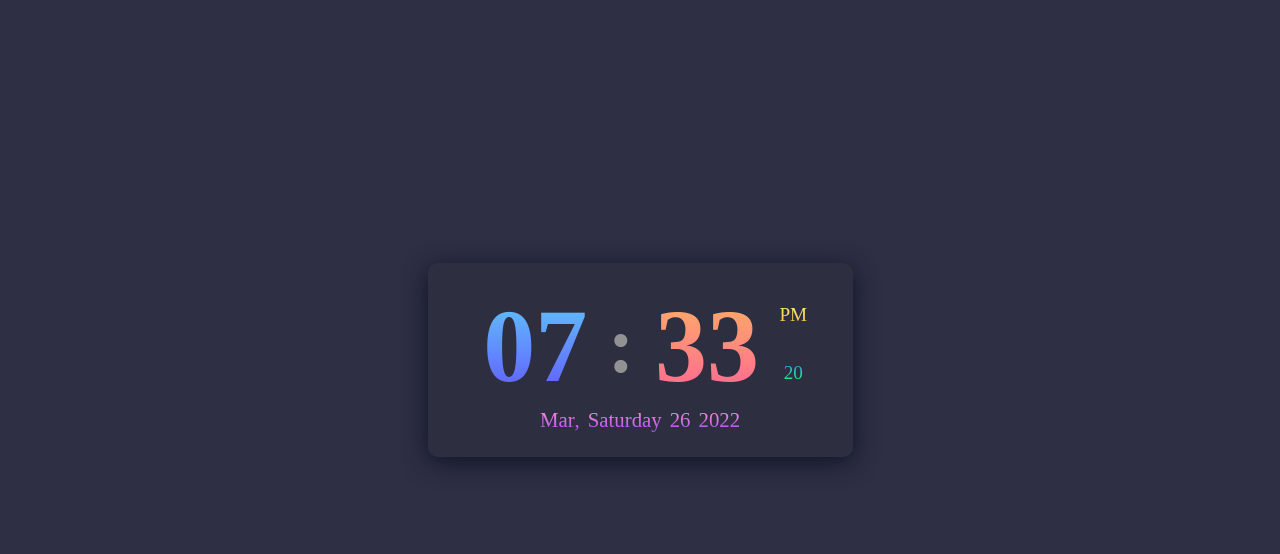
Repository: QUANGTHAI2003/digital-clock
Page: index.html
An editor plug-in stored every save of this project. The page is shown before and after the next save, followed by the edit.
The browser window is 1280 px wide. The pictures show the whole page.
Some icons come from a web library that is not loaded, so they are not drawn.

Above is the page before, as saved 2022-03-27 08:56:21.

### index.html
<!DOCTYPE html>
<html lang="en">
    <head>
        <meta charset="UTF-8" />
        <meta http-equiv="X-UA-Compatible" content="IE=edge" />
        <meta name="viewport" content="width=device-width, initial-scale=1.0" />
        <title>Digital-Clock</title>
        <link rel="stylesheet" href="style.css" />
        <link rel="stylesheet" href="https://unicons.iconscout.com/release/v4.0.0/css/line.css" />
    </head>
    <body>
        <div class="digital-clock">
            <i class="uil uil-ellipsis-v dot-menu-btn" id="active-menu"></i>
            <ul class="dot-menu" id="active-menu">
                <li class="menu-item" id="active-menu">
                    <span class="clock-format-text" id="active-menu">24-hour format</span>
                    <div class="format-switch-btn" id="active-menu" data-format="12"></div>
                </li>
            </ul>
            <div class="time">
                <span class="hours">00</span>
                <span class="dots">:</span>
                <span class="minutes">00</span>
                <div class="right-side">
                    <span class="period">AN/PM</span>
                    <span class="seconds">00</span>
                </div>
            </div>
            <div class="calendar">
                <span class="month-name">Mar</span>,
                <span class="day-name">Sunday</span>
                <span class="day-number">6</span>
                <span class="year">2022</span>
            </div>
        </div>
        <script src="./app.js"></script>
    </body>
</html>

### style.css
@import url('https://fonts.googleapis.com/css2?family=Poppins:ital,wght@0,100;0,200;0,300;0,400;0,500;0,600;0,700;0,800;0,900;1,100;1,200;1,300;1,400;1,500;1,600;1,700;1,800;1,900&display=swap');

* {
    margin: 0;
    padding: 0;
    box-sizing: border-box;
    font-family: 'Poppins'sans-serif;
}

body {
    min-height: 100vh;
    display: flex;
    justify-content: center;
    align-items: center;
    background: #2e2e44;
}

.digital-clock {
    position: relative;
    color: #fff;
    background: #2d2f41;
    width: 425px;
    padding: 20px 45px;
    box-shadow: 0 5px 25px rgba(14, 21, 37, 08);
    border-radius: 10px;
    display: flex;
    justify-content: center;
    align-items: center;
    flex-direction: column;
}

.time {
    position: relative;
    display: flex;
    justify-content: center;
    align-items: center;
}

.hours,
.dots,
.minutes {
    display: flex;
    justify-content: center;
    align-items: center;
    font-weight: 600;
    padding: 0 10px;
    line-height: 125px;
}

.hours,
.minutes {
    font-size: 6.5em;
    width: 125px;
}

.dots {
    font-size: 5em;
    color: #929292;
}

.hours {
    background: -webkit-linear-gradient(90deg, #634dff, #5fd4ff);
    -webkit-text-fill-color: transparent;
    -webkit-background-clip: text;
}

.minutes {
    background: -webkit-linear-gradient(90deg, #ff5e9a, #ffb960);
    -webkit-text-fill-color: transparent;
    -webkit-background-clip: text;
}

.right-side {
    position: relative;
    display: flex;
    justify-content: center;
    align-items: center;
    flex-direction: column;
    margin-left: 10px;
}

.period,
.seconds {
    font-size: 1.2em;
    font-weight: 500;
}

.period {
    transform: translateY(-20px);
    background: -webkit-linear-gradient(90deg, #f7b63f, #faf879);
    -webkit-text-fill-color: transparent;
    -webkit-background-clip: text;
}

.seconds {
    transform: translateY(16px);
    background: -webkit-linear-gradient(90deg, #24ff6d, #2f93f1);
    -webkit-text-fill-color: transparent;
    -webkit-background-clip: text;
}

.calendar {
    display: flex;
    justify-content: center;
    align-items: center;
    font-size: 1.3em;
    font-weight: 500;
    margin-bottom: 5px;
    background: -webkit-linear-gradient(90deg, #ae4af6, #ff98d1);
    -webkit-text-fill-color: transparent;
    -webkit-background-clip: text;
}

.day-name,
.day-number,
.year {
    margin-left: 8px;
}

.dot-menu-btn {
    position: absolute;
    top: 0;
    right: 0;
    margin: 10px;
    color: #efefef;
    font-size: 1.5em;
    cursor: pointer;
}

.dot-menu {
    z-index: 999999;
    position: absolute;
    top: 7px;
    right: 5px;
    list-style: none;
    background: #353e54;
    padding: 10px 20px;
    border-radius: 5px;
    box-shadow: 0 5px 25px rgba(0, 0, 0, 0.5);
    visibility: hidden;
    opacity: 0;
    transition: 0.3s ease;
}

.dot-menu.active {
    visibility: visible;
    opacity: 1;
}

.menu-item {
    display: flex;
    justify-content: center;
    align-items: center;
}

.clock-format-text {
    color: #efefef;
    font-size: 0.9em;
    margin-right: 20px;
}

.format-switch-btn {
    width: 35px;
    height: 15px;
    background: #485470;
    border-radius: 75px;
    box-shadow: inset 2px 2px 4px rgba(255, 255, 255, 0.1),
        inset -2px 2px -4px rgba(0, 0, 0, 0.2);
    cursor: pointer;
    display: flex;
    justify-content: center;
    align-items: center;
}

.format-switch-btn::before {
    content: "";
    position: absolute;
    width: 14px;
    height: 14px;
    background: #ff5e9a;
    border-radius: 50%;
    box-shadow: 0 5px 25px #ff5e9a;
    transform: translateX(-10px);
    transition: 0.3s ease;
    transition: background, transform;

}

.format-switch-btn.active::before {
    background: #0bff8d;
    box-shadow: 0 5px 25px #0bff8d;
    transform: translateX(10px);
}

### app.js
const formatSwitchBtn = document.querySelector(".format-switch-btn");

formatSwitchBtn.addEventListener("click", () => {
    formatSwitchBtn.classList.toggle("active");

    var formatValue = formatSwitchBtn.getAttribute("data-format");

    if (formatValue == "12") {
        formatSwitchBtn.setAttribute("data-format", "24");
    } else {
        formatSwitchBtn.setAttribute("data-format", "12");
    }
});

function clock() {
    var today = new Date();
    var hours = today.getHours();
    var minutes = today.getMinutes();
    var seconds = today.getSeconds();
    var period = "AM"

    // Set the time period(AM or PM)
    if (hours >= 12) {
        period = "PM";
    }
    // Set the 12-hour clock format
    var formatValue = formatSwitchBtn.getAttribute("data-format");

    if (formatValue == "12") {
        hours = hours > 12 ? hours % 12 : hours
    }

    // Add the 0 for the values of lower than 10
    if (hours < 10) {
        hours = "0" + hours;
    }
    if (minutes < 10) {
        minutes = "0" + minutes;
    }
    if (seconds < 10) {
        seconds = "0" + seconds;
    }

    document.querySelector(".hours").innerHTML = hours;
    document.querySelector(".minutes").innerHTML = minutes;
    document.querySelector(".seconds").innerHTML = seconds;
    document.querySelector(".period").innerHTML = period;
}

var updateClock = setInterval(clock, 1000);

// Get the date in javascript
var today = new Date();
const dayNumber = today.getDate();
const year = today.getFullYear();
const dayName = today.toLocaleString('default', { weekday: 'long' });
const monthName = today.toLocaleString('default', { month: 'short' });

document.querySelector(".month-name").innerHTML = monthName;
document.querySelector(".day-name").innerHTML = dayName;
document.querySelector(".day-number").innerHTML = dayNumber;
document.querySelector(".year").innerHTML = year;

//javascript for dot menu toggle
const dotmenuBtn = document.querySelector(".dot-menu-btn");
const dotMenu = document.querySelector(".dot-menu");

dotmenuBtn.addEventListener("click", () => {
    dotMenu.classList.toggle("active");
})

document.addEventListener("click", (e) => {
    if (e.target.id !== "active-menu") {
        dotMenu.classList.remove("active");
    }
})

After the next save:
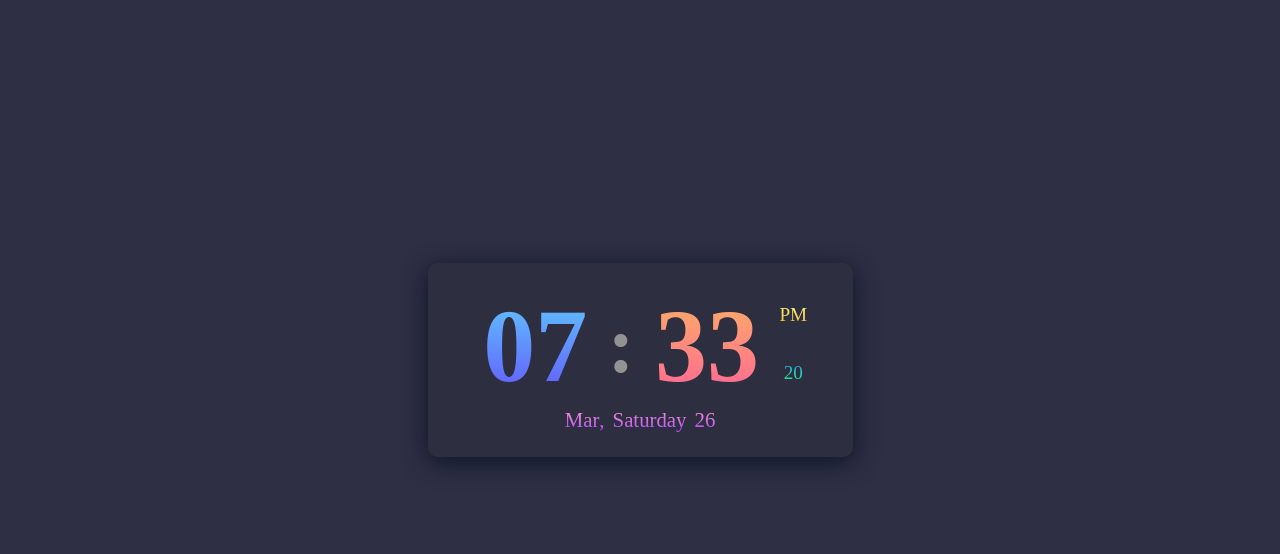
Console error: TypeError: Cannot set properties of null (setting 'innerHTML')
Saved 118 s later.
--- a/index.html
+++ b/index.html
@@ -30,7 +30,7 @@
                 <span class="month-name">Mar</span>,
                 <span class="day-name">Sunday</span>
                 <span class="day-number">6</span>
-                <span class="year">2022</span>
+                <!-- <span class="year">2022</span> -->
             </div>
         </div>
         <script src="./app.js"></script>

After the 2 saves that followed:
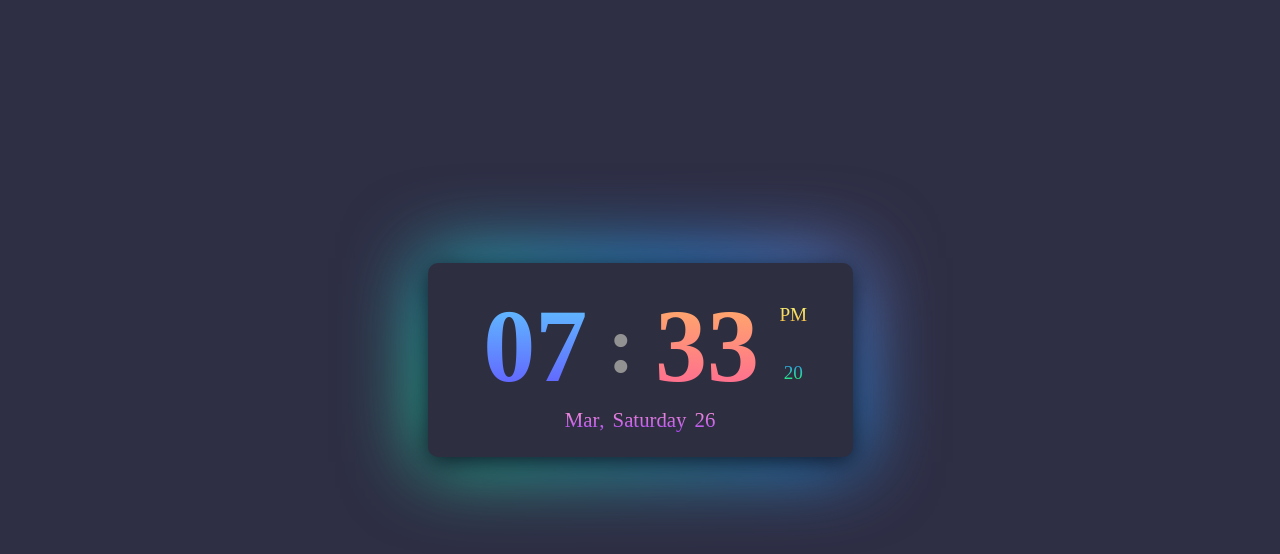
The error is gone.
The 2 saves are shown as one change because 1 left the picture as it was.
The last was saved 4 min 4 s later.
--- a/style.css
+++ b/style.css
@@ -27,6 +27,16 @@ body {
     justify-content: center;
     align-items: center;
     flex-direction: column;
+}
+
+.digital-clock::before {
+    content: '';
+    position: absolute;
+    background: linear-gradient(45deg, #24ff6d, #2f93f1, #ff5e9a);
+    background-size: 200% 200%;
+    inset: -5px;
+    z-index: -1;
+    filter: blur(40px);
 }
 
 .time {
--- a/app.js
+++ b/app.js
@@ -59,7 +59,7 @@ const monthName = today.toLocaleString('default', { month: 'short' });
 document.querySelector(".month-name").innerHTML = monthName;
 document.querySelector(".day-name").innerHTML = dayName;
 document.querySelector(".day-number").innerHTML = dayNumber;
-document.querySelector(".year").innerHTML = year;
+// document.querySelector(".year").innerHTML = year;
 
 //javascript for dot menu toggle
 const dotmenuBtn = document.querySelector(".dot-menu-btn");
